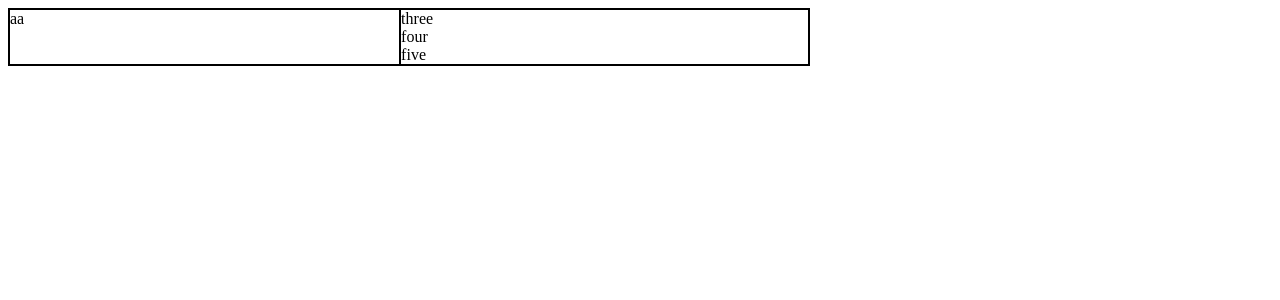
Repository: kpavankumaar/online_uk_class
Page: flex.html
These files come from the project's save history. The page is drawn as it stood at one moment and after the next save; the edit follows.
The browser window is 1280 px wide. The pictures show the whole page.

Above is the page before, as saved 2022-01-12 14:35:20.

After the next save:
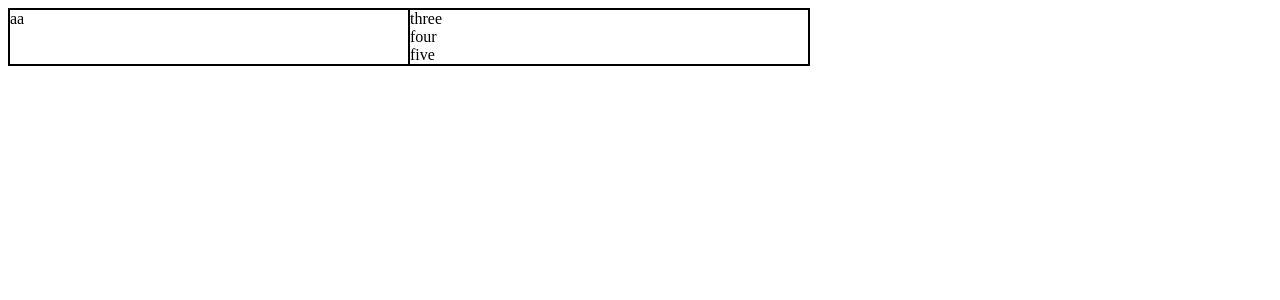
Saved 59 s later.
--- a/flex.html
+++ b/flex.html
@@ -26,12 +26,14 @@
         .box1{
             /* flex-grow:1; */
             flex-grow: 1;
+            flex-basis:200px
         }
         .box2{
 
         }
         .box3{
             flex-grow: 1;
+            flex-basis: 200px;
         }
     </style>
 </head>
